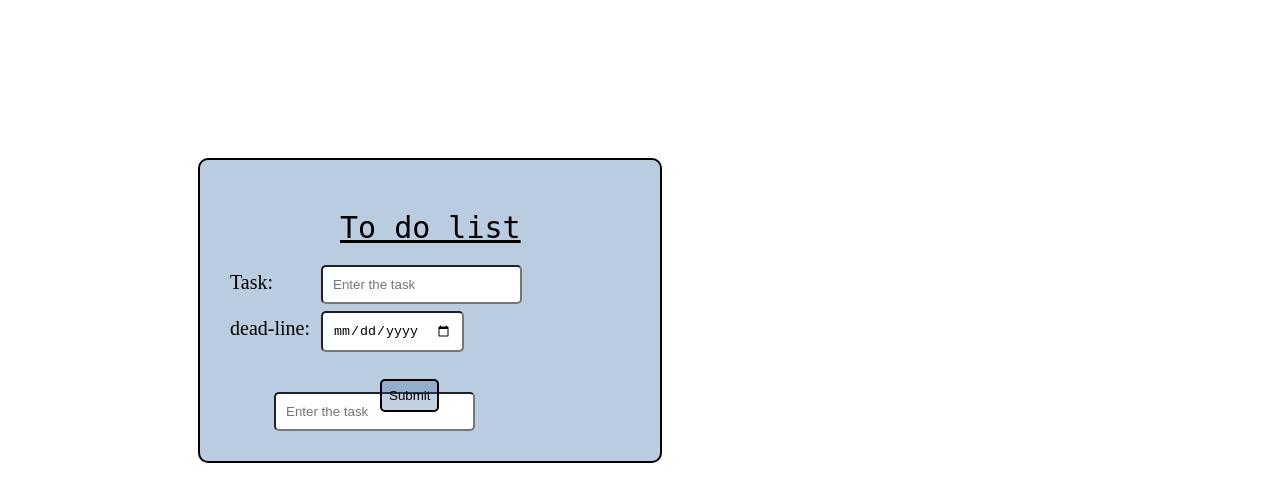
Repository: Akhil-donthula-8977/to_to_spring_boot
Page: http://localhost/To_do/pages/home.jsp
These files come from the project's save history. The page is drawn as it stood at one moment and after the next save; the edit follows.
The browser window is 1280 px wide. The pictures show the whole page.
The page is served by Tomcat 10.

Above is the page before, as saved 2023-03-05 08:00:40.
Not found: To_do/To_do/pages/script.js

After the next save:
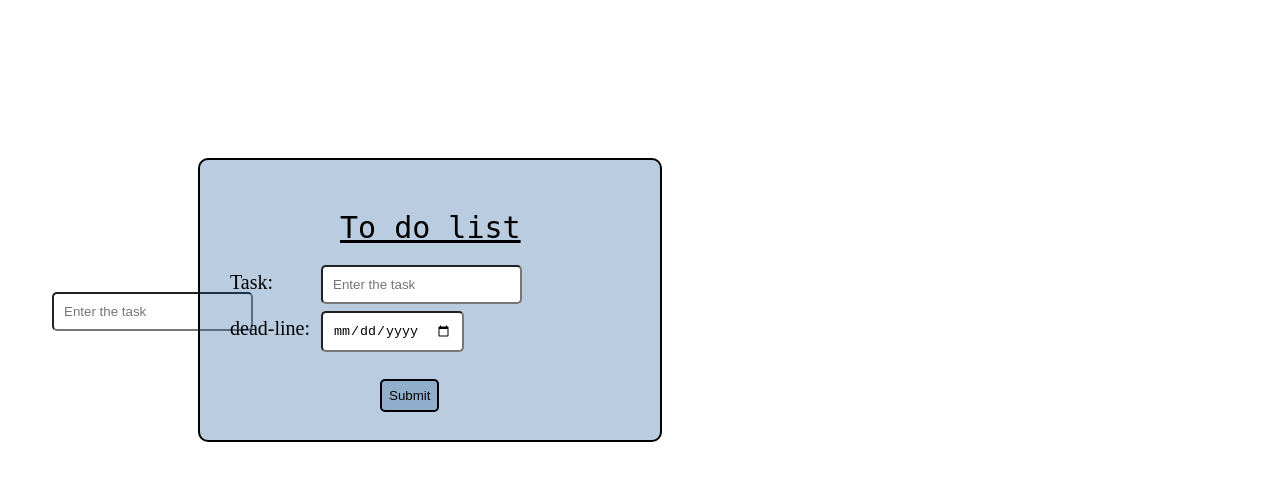
Saved 18 s later.
--- a/To_do/src/main/webapp/pages/home.jsp
+++ b/To_do/src/main/webapp/pages/home.jsp
@@ -83,6 +83,7 @@
 
           <div>  <input type="submit" id="submit"></div>
         </form>
+        <br></div>
           <form action="/addtask">
             <input type="text" class="input" name="taskname" id="task" placeholder="Enter the task">
           </form>
